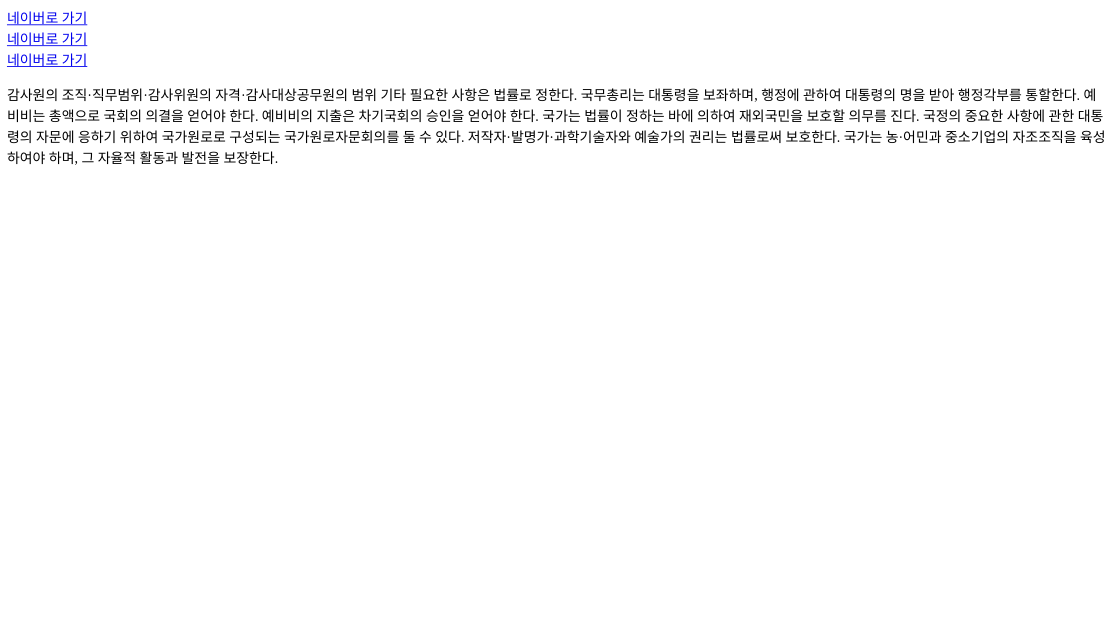
Repository: AkaKSR/Java_Convergence_New
Page: HTML0826/WebContent/Ex08.html
An editor plug-in stored every save of this project. The page is shown before and after the next save, followed by the edit.
The browser window is 1280 px wide. The pictures show the whole page, at 87% of full size.

Above is the page before, as saved 2019-08-26 08:05:46.

### HTML0826/WebContent/Ex08.html
<!DOCTYPE html>
<html>
<head>
<meta charset="UTF-8">
<title>Insert title here</title>
</head>
<body>
	<a href="https://www.naver.com/" title="네이버로 이동">네이버로 가기</a>
	<br>
	<a href="https://www.naver.com/" title="네이버로 이동" target="_blank">네이버로
		가기</a>
	<br>
	<a href="#" title="네이버로 이동">네이버로 가기</a>
	<p>감사원의 조직·직무범위·감사위원의 자격·감사대상공무원의 범위 기타 필요한 사항은 법률로 정한다. 국무총리는 대통령을
		보좌하며, 행정에 관하여 대통령의 명을 받아 행정각부를 통할한다. 예비비는 총액으로 국회의 의결을 얻어야 한다. 예비비의
		지출은 차기국회의 승인을 얻어야 한다. 국가는 법률이 정하는 바에 의하여 재외국민을 보호할 의무를 진다. 국정의 중요한 사항에
		관한 대통령의 자문에 응하기 위하여 국가원로로 구성되는 국가원로자문회의를 둘 수 있다. 저작자·발명가·과학기술자와 예술가의
		권리는 법률로써 보호한다. 국가는 농·어민과 중소기업의 자조조직을 육성하여야 하며, 그 자율적 활동과 발전을 보장한다.</p>
</body>
</html>

After the next save:
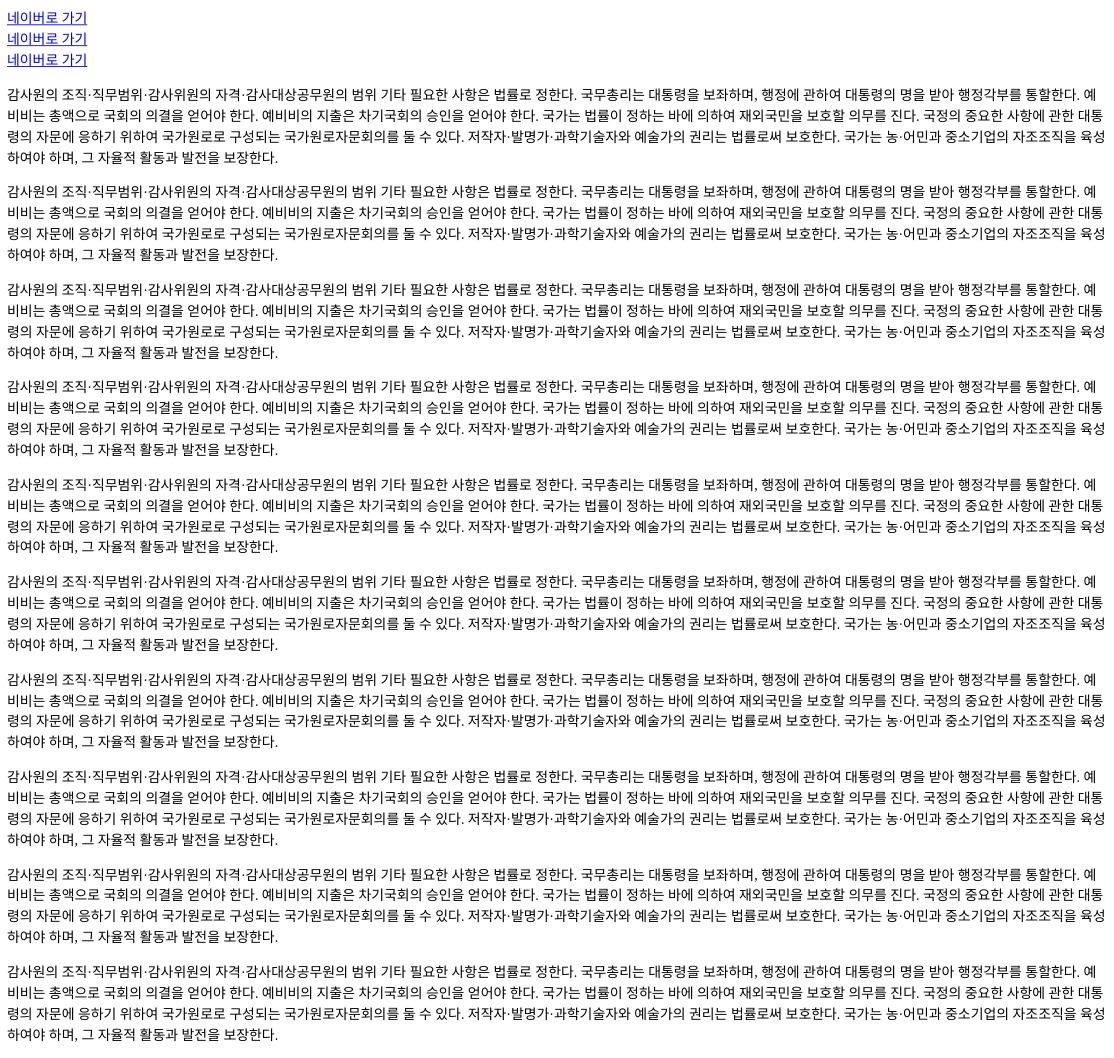
Saved 29 s later.
--- a/HTML0826/WebContent/Ex08.html
+++ b/HTML0826/WebContent/Ex08.html
@@ -10,7 +10,52 @@
 	<a href="https://www.naver.com/" title="네이버로 이동" target="_blank">네이버로
 		가기</a>
 	<br>
-	<a href="#" title="네이버로 이동">네이버로 가기</a>
+	<a href="#" title="문서의 마지막으로 이동">네이버로 가기</a>
+	<p>감사원의 조직·직무범위·감사위원의 자격·감사대상공무원의 범위 기타 필요한 사항은 법률로 정한다. 국무총리는 대통령을
+		보좌하며, 행정에 관하여 대통령의 명을 받아 행정각부를 통할한다. 예비비는 총액으로 국회의 의결을 얻어야 한다. 예비비의
+		지출은 차기국회의 승인을 얻어야 한다. 국가는 법률이 정하는 바에 의하여 재외국민을 보호할 의무를 진다. 국정의 중요한 사항에
+		관한 대통령의 자문에 응하기 위하여 국가원로로 구성되는 국가원로자문회의를 둘 수 있다. 저작자·발명가·과학기술자와 예술가의
+		권리는 법률로써 보호한다. 국가는 농·어민과 중소기업의 자조조직을 육성하여야 하며, 그 자율적 활동과 발전을 보장한다.</p>
+	<p>감사원의 조직·직무범위·감사위원의 자격·감사대상공무원의 범위 기타 필요한 사항은 법률로 정한다. 국무총리는 대통령을
+		보좌하며, 행정에 관하여 대통령의 명을 받아 행정각부를 통할한다. 예비비는 총액으로 국회의 의결을 얻어야 한다. 예비비의
+		지출은 차기국회의 승인을 얻어야 한다. 국가는 법률이 정하는 바에 의하여 재외국민을 보호할 의무를 진다. 국정의 중요한 사항에
+		관한 대통령의 자문에 응하기 위하여 국가원로로 구성되는 국가원로자문회의를 둘 수 있다. 저작자·발명가·과학기술자와 예술가의
+		권리는 법률로써 보호한다. 국가는 농·어민과 중소기업의 자조조직을 육성하여야 하며, 그 자율적 활동과 발전을 보장한다.</p>
+	<p>감사원의 조직·직무범위·감사위원의 자격·감사대상공무원의 범위 기타 필요한 사항은 법률로 정한다. 국무총리는 대통령을
+		보좌하며, 행정에 관하여 대통령의 명을 받아 행정각부를 통할한다. 예비비는 총액으로 국회의 의결을 얻어야 한다. 예비비의
+		지출은 차기국회의 승인을 얻어야 한다. 국가는 법률이 정하는 바에 의하여 재외국민을 보호할 의무를 진다. 국정의 중요한 사항에
+		관한 대통령의 자문에 응하기 위하여 국가원로로 구성되는 국가원로자문회의를 둘 수 있다. 저작자·발명가·과학기술자와 예술가의
+		권리는 법률로써 보호한다. 국가는 농·어민과 중소기업의 자조조직을 육성하여야 하며, 그 자율적 활동과 발전을 보장한다.</p>
+	<p>감사원의 조직·직무범위·감사위원의 자격·감사대상공무원의 범위 기타 필요한 사항은 법률로 정한다. 국무총리는 대통령을
+		보좌하며, 행정에 관하여 대통령의 명을 받아 행정각부를 통할한다. 예비비는 총액으로 국회의 의결을 얻어야 한다. 예비비의
+		지출은 차기국회의 승인을 얻어야 한다. 국가는 법률이 정하는 바에 의하여 재외국민을 보호할 의무를 진다. 국정의 중요한 사항에
+		관한 대통령의 자문에 응하기 위하여 국가원로로 구성되는 국가원로자문회의를 둘 수 있다. 저작자·발명가·과학기술자와 예술가의
+		권리는 법률로써 보호한다. 국가는 농·어민과 중소기업의 자조조직을 육성하여야 하며, 그 자율적 활동과 발전을 보장한다.</p>
+	<p>감사원의 조직·직무범위·감사위원의 자격·감사대상공무원의 범위 기타 필요한 사항은 법률로 정한다. 국무총리는 대통령을
+		보좌하며, 행정에 관하여 대통령의 명을 받아 행정각부를 통할한다. 예비비는 총액으로 국회의 의결을 얻어야 한다. 예비비의
+		지출은 차기국회의 승인을 얻어야 한다. 국가는 법률이 정하는 바에 의하여 재외국민을 보호할 의무를 진다. 국정의 중요한 사항에
+		관한 대통령의 자문에 응하기 위하여 국가원로로 구성되는 국가원로자문회의를 둘 수 있다. 저작자·발명가·과학기술자와 예술가의
+		권리는 법률로써 보호한다. 국가는 농·어민과 중소기업의 자조조직을 육성하여야 하며, 그 자율적 활동과 발전을 보장한다.</p>
+	<p >감사원의 조직·직무범위·감사위원의 자격·감사대상공무원의 범위 기타 필요한 사항은 법률로 정한다. 국무총리는 대통령을
+		보좌하며, 행정에 관하여 대통령의 명을 받아 행정각부를 통할한다. 예비비는 총액으로 국회의 의결을 얻어야 한다. 예비비의
+		지출은 차기국회의 승인을 얻어야 한다. 국가는 법률이 정하는 바에 의하여 재외국민을 보호할 의무를 진다. 국정의 중요한 사항에
+		관한 대통령의 자문에 응하기 위하여 국가원로로 구성되는 국가원로자문회의를 둘 수 있다. 저작자·발명가·과학기술자와 예술가의
+		권리는 법률로써 보호한다. 국가는 농·어민과 중소기업의 자조조직을 육성하여야 하며, 그 자율적 활동과 발전을 보장한다.</p>
+	<p>감사원의 조직·직무범위·감사위원의 자격·감사대상공무원의 범위 기타 필요한 사항은 법률로 정한다. 국무총리는 대통령을
+		보좌하며, 행정에 관하여 대통령의 명을 받아 행정각부를 통할한다. 예비비는 총액으로 국회의 의결을 얻어야 한다. 예비비의
+		지출은 차기국회의 승인을 얻어야 한다. 국가는 법률이 정하는 바에 의하여 재외국민을 보호할 의무를 진다. 국정의 중요한 사항에
+		관한 대통령의 자문에 응하기 위하여 국가원로로 구성되는 국가원로자문회의를 둘 수 있다. 저작자·발명가·과학기술자와 예술가의
+		권리는 법률로써 보호한다. 국가는 농·어민과 중소기업의 자조조직을 육성하여야 하며, 그 자율적 활동과 발전을 보장한다.</p>
+	<p>감사원의 조직·직무범위·감사위원의 자격·감사대상공무원의 범위 기타 필요한 사항은 법률로 정한다. 국무총리는 대통령을
+		보좌하며, 행정에 관하여 대통령의 명을 받아 행정각부를 통할한다. 예비비는 총액으로 국회의 의결을 얻어야 한다. 예비비의
+		지출은 차기국회의 승인을 얻어야 한다. 국가는 법률이 정하는 바에 의하여 재외국민을 보호할 의무를 진다. 국정의 중요한 사항에
+		관한 대통령의 자문에 응하기 위하여 국가원로로 구성되는 국가원로자문회의를 둘 수 있다. 저작자·발명가·과학기술자와 예술가의
+		권리는 법률로써 보호한다. 국가는 농·어민과 중소기업의 자조조직을 육성하여야 하며, 그 자율적 활동과 발전을 보장한다.</p>
+	<p>감사원의 조직·직무범위·감사위원의 자격·감사대상공무원의 범위 기타 필요한 사항은 법률로 정한다. 국무총리는 대통령을
+		보좌하며, 행정에 관하여 대통령의 명을 받아 행정각부를 통할한다. 예비비는 총액으로 국회의 의결을 얻어야 한다. 예비비의
+		지출은 차기국회의 승인을 얻어야 한다. 국가는 법률이 정하는 바에 의하여 재외국민을 보호할 의무를 진다. 국정의 중요한 사항에
+		관한 대통령의 자문에 응하기 위하여 국가원로로 구성되는 국가원로자문회의를 둘 수 있다. 저작자·발명가·과학기술자와 예술가의
+		권리는 법률로써 보호한다. 국가는 농·어민과 중소기업의 자조조직을 육성하여야 하며, 그 자율적 활동과 발전을 보장한다.</p>
 	<p>감사원의 조직·직무범위·감사위원의 자격·감사대상공무원의 범위 기타 필요한 사항은 법률로 정한다. 국무총리는 대통령을
 		보좌하며, 행정에 관하여 대통령의 명을 받아 행정각부를 통할한다. 예비비는 총액으로 국회의 의결을 얻어야 한다. 예비비의
 		지출은 차기국회의 승인을 얻어야 한다. 국가는 법률이 정하는 바에 의하여 재외국민을 보호할 의무를 진다. 국정의 중요한 사항에
